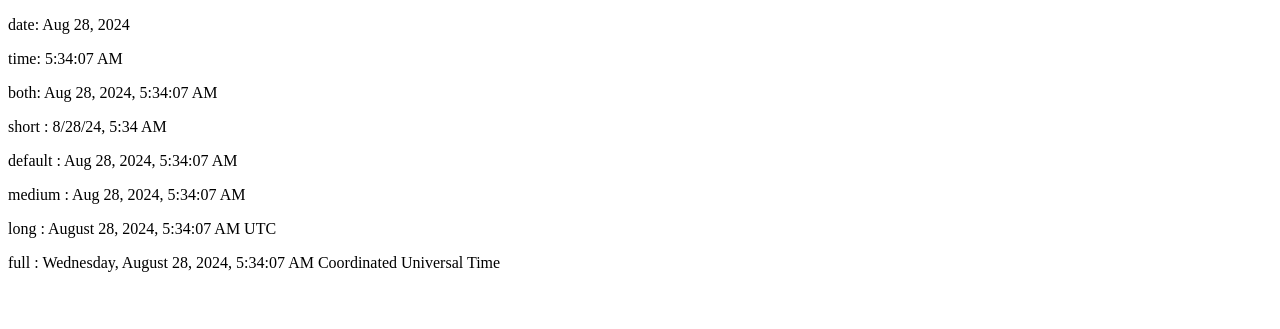
Repository: zhyuk/FullStackStudy
Page: http://localhost/jsptwo/13_02_jstl_fmt04.jsp
An editor plug-in stored every save of this project. The page is shown before and after the next save, followed by the edit.
The browser window is 1280 px wide. The pictures show the whole page.
The page is served by Tomcat 9.

Above is the page before, as saved 2024-08-30 06:06:48.

After the next save:
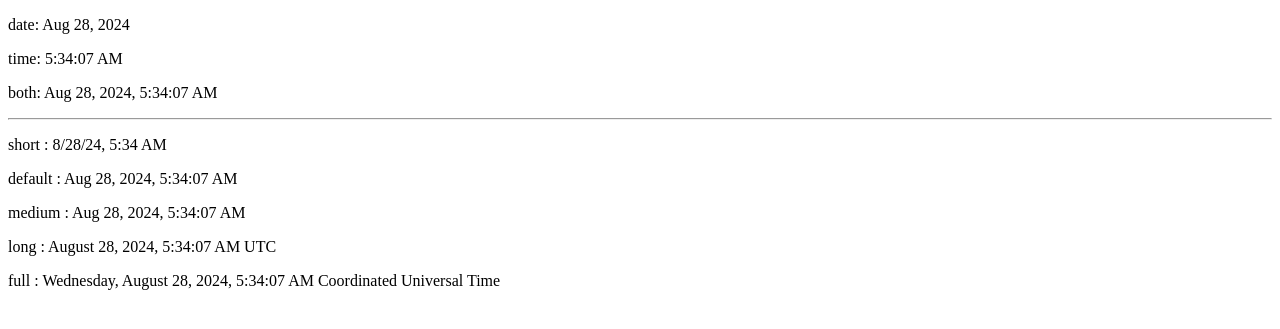
Saved 28 s later.
--- a/jsp/jspwork/jsptwo/src/main/webapp/13_02_jstl_fmt04.jsp
+++ b/jsp/jspwork/jsptwo/src/main/webapp/13_02_jstl_fmt04.jsp
@@ -11,7 +11,7 @@
 	<p> <jsp:useBean id="now" class="java.util.Date"/> </p>
 	<p> date: <fmt:formatDate value="${now}" type="date"/></p>
 	<p> time: <fmt:formatDate value="${now}" type="time"/></p>
-	<p> both: <fmt:formatDate value="${now}" type="both"/></p>
+	<p> both: <fmt:formatDate value="${now}" type="both"/></p><hr>
 
 	<p> short :
 		<fmt:formatDate value="${now}" type="both" dateStyle="short" timeStyle="short"/>
@@ -29,6 +29,5 @@
 		<fmt:formatDate value="${now}" type="both" dateStyle="full" timeStyle="full"/>
 	</p>
 
-
 </body>
 </html>
